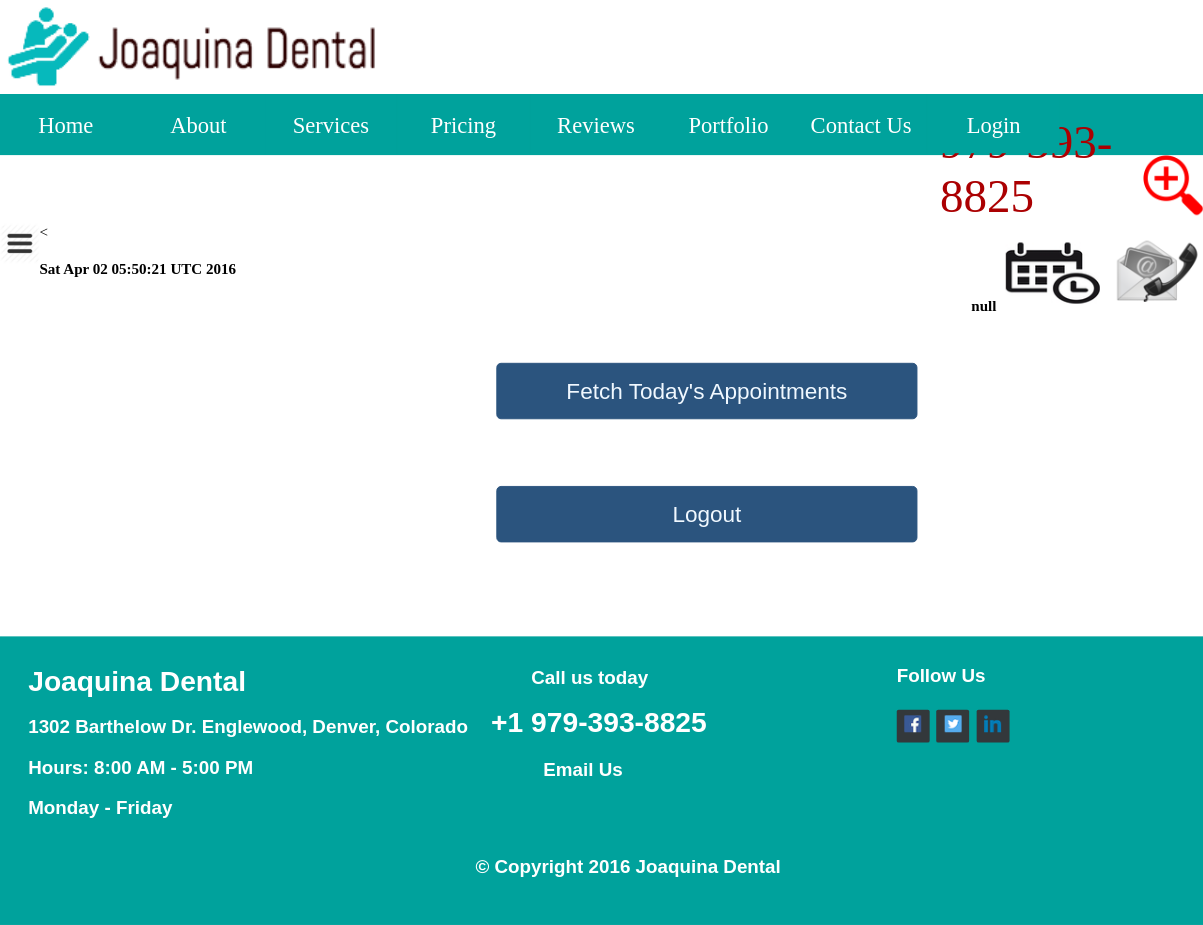
Repository: ManjushaBolishetty/test
Page: http://localhost/test/DentistHomePage.jsp
The author's editor kept a copy of each file at every save. The page is drawn from the files as they stood at one save, then again after the next save.
The browser window is 1280 px wide. The pictures show the whole page, at 94% of full size.
The page is served by Tomcat 9. Other server files are loaded and not shown.

Above is the page before, as saved 2016-04-03 07:20:24.

### test/WebContent/DentistHomePage.jsp
<%@include file="header.jsp" %>
<%@ page import="java.io.*,java.util.*" %>
<%@ page import="javax.servlet.*,java.text.*" %>

<!DOCTYPE html PUBLIC "-//W3C//DTD HTML 4.01 Transitional//EN" "http://www.w3.org/TR/html4/loose.dtd">
<html>
<head>
    <meta http-equiv="Content-Type" content="text/html; charset=ISO-8859-1">
	<meta name="viewport" content="width=device-width, initial-scale=1">
<link href="CSS/ResponsiveForm.css" rel="stylesheet" type="text/css" />
    <<title>My Appointments</title>
</head>
<body>
<%
   Date date = new Date();
   out.print( "<h4 align=\"left\">" +date.toString()+ "</h4>"+ "<h4 align=\"right\">" +session.getAttribute("Dentist_Name") + "</h4>");
%>
<div class="appointment" align=center>
  <form action="HelloWorldServlet" method="post">
      <input type="submit" value="Fetch Today's Appointments" />
  </form>
</div>

<div class="Logoutbutton" align=center>
  <form action="Login" method="post">
      <input type="submit" value="Logout" />
  </form>
</div>
  <footer class="footer-distributed">
			<div class="footer-left">

				<h3>Joaquina Dental</h3>
				<p>1302 Barthelow Dr.
				Englewood, Denver, Colorado</p>
				<p >Hours: 8:00 AM - 5:00 PM</p>
				<p >Monday - Friday</p>
			</div>

			<div class="footer-center">

				<p class="callusToday">Call us today  </p><br/>
				<br/>
				<h3>+1 979-393-8825</h3><br/>
				<p class="emailUs">Email Us</p>
			</div>

			<div class="footer-right">

				<p>Follow Us</p>

				<div class="footer-icons">

					<a href="#"><i class="fa fa-facebook"></i></a>
					<a href="#"><i class="fa fa-twitter"></i></a>
					<a href="#"><i class="fa fa-linkedin"></i></a>

				</div>

			</div>
<p class="copyright" >&copy; Copyright 2016 Joaquina Dental</p>
		</footer>
</body>
</html>

### test/WebContent/header.jsp
<%@ page language="java" contentType="text/html; charset=UTF-8"
    pageEncoding="UTF-8"%>
<!DOCTYPE html>
<html>
<head>
<meta http-equiv="Content-Type" content="text/html; charset=UTF-8">
<meta name="viewport" content="width=device-width, initial-scale=1">
<link href="CSS/testeverything.css" rel="stylesheet" type="text/css" />
<style>

#zoom img {
    width: 5%;
    position: absolute;
    right: 0;
}
</style>
<title>Insert title here</title>
</head>

<body>
<div id="header">
	<img class="logoimage" src="Images/Drawing (4).png" alt="Joaquina Dental"></img>
	<span class="phonenumber">979-393-8825</span>
	<a href="#" class="scheduleanchor"><img class="Contact" src="Images/Contact_Us.png"></img></a>
	<a href="#" class="scheduleanchor"><img class="Calendar" src="Images/calendar.png"></img></a>
</div>

<div id="navmenu">
	<img class="iconimage" src="Images/collpased_menu.png"></img><label for="show-menu" class="show-menu iconlabel">Menu</label>
	<input type="checkbox" id="show-menu" role="button">

	<ul id="menu">
		  <li><a href="#">Home</a></li>
		  <li><a href="#">About</a></li>
		  <li>
		    	<a href="#">Services</a>
			    <ul class="dropdownContent">
			      <li><a href="#">Extraction</a></li>
			      <li><a href="#">Transplant</a></li>
			      <li><a href="#">Root Canal</a></li>
			      <li><a href="#">Cleaning</a></li>
			    </ul>
	  	   </li>
	  	   <li><a href="#">Pricing</a></li>
	  	   <li><a href="#">Reviews</a></li>
	  	   <li><a href="#">Portfolio</a></li>
	  	   <li><a href="#">Contact Us</a></li>
	  	   <li><a href="#">Login</a></li>
	</ul>
</div>
<div id="zoom" style="width:100%;height:0px">
	<a href="#" class=""><img class="zoom" src="Images/zoom.png"></img></a>
</div>
</body>
</html>

### test/WebContent/CSS/testeverything.css
body{
  border: 0;
  padding: 0;
  margin: 0;
  height: 100%;

}

#header{
	width:100%;
	height:100px;
  background-color:white;
}

#header h3{
	display:inline;
	width:auto;
	height:auto;
}
#header img{
	width:auto;
	float:left;
	padding-left:0px;
	height:100%;
}


.Contact{

	max-width:100%;
	height:auto;
	margin-left:10px;
	margin-top:18px;
}


.Calendar{

	max-width:100%;
	height:auto;
	margin-left:10px;
	margin-top:20px;
}

#header a{
	float:right;
	/*margin-right: 40px;*/
}
.logoSchedule{
	width:auto;
	float:left;
}

.logoContact{
	width:auto;
	float:right;
}

#navmenu{
	width:100%;
	height:65px;
	background:#00A29C;
}

ul {
	list-style-type:none;
	margin:0;
	padding:0;
	position: absolute;
}

/*Create a horizontal list with spacing*/
li {
	display:inline-block;
	float: left;
	margin-right: 1px;
}

/*Style for menu links*/
li a {
	display:block;
	min-width:140px;
	padding-top:20px;
	padding-bottom:16px;
	font-size:24px;
	text-align: center;
	font-family: 'Roboto Slab', serif;
	color: white;
	background: #00A29C;
	text-decoration: none;
}

.phonenumber{
    font-size: 50px;
    margin-left: 1000px;
    display: inline-block;
    margin-top: 22px;
    color: #ab0002;
    float:left;
}

/*Hover state for top level links*/
li:hover a {
	background: black;
}

/*Style for dropdown links*/
li:hover ul a {
	background: #e6ffff;
	color: blue;
}

/*Hover state for dropdown links*/
li:hover ul a:hover {
	background: #19c589;
	color: #fff;
}

/*Hide dropdown links until they are needed*/
li ul {
	display: none;
}

/*Make dropdown links vertical*/
li ul li {
	display: block;
	float: none;
}



/*Display the dropdown on hover*/
ul li a:hover + .dropdownContent, .dropdownContent:hover {
	display: block;
}

/*Responsive Styles*/

	.show-menu {
	font-family: "Helvetica Neue", Helvetica, Arial, sans-serif;
	text-decoration: none;
	color: #fff;
	background: #00A29C;
	text-align: center;
	padding: 10px 0;
	display: none;
}

.iconlabel{
	width:100%;
	height:auto;
	padding:1%;
}

.iconimage{
	float:left;
	height:42px;
}


.callusToday{
	padding-left:10%;
}
.emailUs{
	padding-left:13%;
}

/*Hide checkbox*/
input[type=checkbox]{
    display: none;
}

/*Show menu when invisible checkbox is checked*/
input[type=checkbox]:checked ~ #menu{
    display: block;
}

@media screen and (max-width : 832px){
	/*Make dropdown links appear inline*/
	ul {
		position: static;
		display: none;
	}

	/*Create vertical spacing*/
	li {
		margin-bottom: 1px;
	}
	/*Make all menu links full width*/
	ul li, li a {
		width: 100%;
	}
	.show-menu {
		display:block;
	}
	.imageHolder{
		display:none;
	}
	.iconlabel
	{
	padding-top:12px;
	float:left;
	width:auto;
	}
}



#Content{
	width:100%;
	height:600px;
	background:white;
}

.imageHolder{
	width:100%;
	height:400px;
	background-image: url("/BigHornDental/Images/appointment.jpg");
    background-repeat: no-repeat;
    background-size: contain;
    border: 1px solid black;
}


.login{
  width: 40%;
  font-family: lato;
  position: relative;
  color: white;
  border:1px solid blue;
  border-radius: 10px;
  background-color:blue;
  text-align:center;
}




/*For Footer*/
footer{
padding-left:40px;
}

.footer-distributed{
	background-color: #00A29c;
	box-shadow: 0 1px 1px 0 rgba(0, 0, 0, 0.12);
	box-sizing: border-box;
	width: 100%;
	height:auto;
	text-align: left;
	font: bold 16px sans-serif;
	padding: 30px 30px;
	margin-top: 80px;
}

.footer-distributed .footer-left,
.footer-distributed .footer-center,
.footer-distributed .footer-right{
	display: inline-block;
	vertical-align: top;
}

/* Footer left */

.footer-distributed .footer-left{
	width: 40%;
}

 p{
	font-size:20px;
	color:white;
}

/* The company logo */

.footer-distributed h3{
	color:  white;
	margin: 0;
}


/* Footer links */

.footer-distributed .footer-links{
	color:  #ffffff;
	margin: 20px 0 12px;
	padding: 0;
}

.footer-distributed .footer-links a{
	display:inline-block;
	line-height: 1.8;
	text-decoration: none;
	color:  inherit;
}

.footer-distributed .footer-company-name{
	color:  #8f9296;
	font-size: 14px;
	font-weight: normal;
	margin: 0;
}

/* Footer Center */

.footer-center p{
	padding-top:3px;
}

.footer-right p{
	margin-top:0px;
}

.footer-distributed .footer-center{
	width: 35%;
}

.footer-distributed .footer-center i{
	background-color:  #33383b;
	color: #ffffff;
	font-size: 25px;
	width: 38px;
	height: 38px;
	border-radius: 50%;
	text-align: center;
	line-height: 42px;
	margin: 10px 15px;
	vertical-align: middle;
}

.footer-distributed .footer-center i.fa-envelope{
	font-size: 17px;
	line-height: 38px;
}

.footer-distributed .footer-center p{
	display: inline-block;
	color: #ffffff;
	vertical-align: middle;
	margin:0;
}

.footer-distributed .footer-center p span{
	display:block;
	font-weight: normal;
	font-size:14px;
	line-height:2;
}

.footer-distributed .footer-center p a{
	color:  white;
	text-decoration: none;;
}


/* Footer Right */

.footer-distributed .footer-right{
	width: 20%;
}

.footer-distributed .footer-company-about span{
	display: block;
	color:  black;
	font-size: 14px;
	font-weight: bold;
	margin-bottom: 20px;
}

.footer-distributed .footer-icons{
	margin-top: 25px;
}

.footer-distributed .footer-icons a{
	display: inline-block;
	width: 35px;
	height: 35px;
	cursor: pointer;
	background-color:  #33383b;
	border-radius: 2px;

	font-size: 20px;
	color: #ffffff;
	text-align: center;
	line-height: 35px;

	margin-right: 3px;
	margin-bottom: 5px;
}

.fa-twitter:before {
    content: url("../Images/twitter.png");
}
.fa-facebook:before {
    content: url("../Images/facebook.png");
}
.fa-linkedin:before {
    content: url("../Images/linkedin.png");
}

.fa-linkedin:before {
    content: url("../Images/linkedin.png");
}

.footer-left span{

}


.copyright{
	padding-left: 39%;
}

/* If you don't want the footer to be responsive, remove these media queries */

@media (max-width: 880px) {

	.footer-distributed{
		font: bold 14px sans-serif;
	}

	.footer-distributed .footer-left,
	.footer-distributed .footer-center,
	.footer-distributed .footer-right{
		display: block;
		width: 100%;
		margin-bottom: 40px;
		text-align: center;
	}

	.footer-distributed .footer-center i{
		margin-left: 0;
	}

}


/*Supports Iphone 5,6 and 6S-Plus*/

@media screen and (max-width : 440px){
	/*Make dropdown links appear inline*/
	#header img{
		width:80%;
	}

	.iconimage{
		height:100%;
		width:10%;
	}
	.iconlabel{
		font-size:30px;
	}
	.show-menu{
		font-size:30px;
	}

	#showOnMobile{
		display:block;
	}

	.Contact{
	width:80px;
	height:auto;
	margin-left:0px;
	margin-top:8px;
	}


.Calendar{

	width:80px;
	height:auto;
	margin-left:0px;
	margin-top:8px;
	}

.phonenumber{
	display:none;
	}

	.callusToday{
	padding-left:0%;
	}
	.emailUs{
		padding-left:0%;
	}

	.copyright{
		text-align:center;
		padding-left:0%;
		width:100%;
	}
}


@media screen and (max-width : 780px){
	.phonenumber{
		margin-left:70px;
	}
	.iconimage{
		height:65px;
	}
	.iconlabel{
		font-size:30px;
	}
	.callusToday{
		padding-left:0%;
		font-size:20px;
	}
	.emailUs{
		padding-left:0%;
	}
	.footer-left p{
		font-size:20px;
	}
	.footer-center p{
		font-size:20px;
	}
	.footer-right p{
		font-size:20px;
	}
	.copyright{
		text-align:center;
		padding-left:0%;
		width:100%;
	}

}

### test/WebContent/CSS/ResponsiveForm.css
* {
/* With these codes padding and border does not increase it's width and gives intuitive style.*/
box-sizing: border-box;
}

body {
	margin:0;
	padding:0;
	font-family: 'Roboto Slab', serif;
	width:100%;
}

#cover{
	width: 55%;
	margin: 30px 30% 10px 25%;
	padding:10px 0;
	border: 2px solid black;
	border-radius:10px;
}
form{
	width:70%;
	margin:4% 15%;
}
header {
    background-color: #00A29C;
    text-align: center;
    padding-top: 1px;
    padding-bottom: 8px;
    margin-top: -11px;
    margin-bottom: -8px;
    border-radius: 10px 10px 0 0;
    color: aliceblue;
    height: 100px;
    font-size: 24px;
}

h3{
	font-size: 30px;
	padding-top:1px;
}
#newuser{
	margin-right:10px;
}

label{
	font-size:24px;
}


/* Makes responsive fields. Sets size and field alignment.*/
input[type=text]{
	margin-bottom: 20px;
	margin-top: 10px;
	width:100%;
	padding: 15px;
	border-radius:5px;
	border:1px solid #7ac9b7;
	font-size:20px;
}
input[type=password]{
	margin-bottom: 20px;
	margin-top: 10px;
	width:100%;
	padding: 15px;
	border-radius:5px;
	border:1px solid #7ac9b7;
	font-size:20px;
}

input[type=radio]{
	margin-bottom: 20px;
	margin-top: 10px;
	padding: 15px;
	border-radius:5px;
	border:1px solid #7ac9b7;
	font-size:20px;
}

select{
	margin-bottom: 20px;
	margin-top: 10px;
	width:100%;
	height:25px;
	padding: 15px;
	border-radius:5px;
	border:1px solid #7ac9b7;
}

.datepicker{
	height:30px;
}

.result{
	color:blue;
}

input[type=submit]
{
	margin-bottom: 20px;
	width:50%;
	margin-left:25%;
	padding: 15px;
	border-radius:5px;
	border:1px solid #7ac9b7;
	background-color: #2b547e;
	border-color:#2b547e;
	color: aliceblue;
	font-size:24px;
	cursor:pointer;
}
#submit:hover
{
	background-color: blue;
}
textarea{
	width:100%;
	padding: 15px;
	margin-top: 10px;
	border:1px solid #7ac9b7;
	border-radius:5px;
	margin-bottom: 20px;
	resize:none;
}
input[type=text]:focus,textarea:focus {
	border-color: #4697e4;
}

@media screen and (max-width : 768px){
	h2{
		font-size:16px;
	}
	p{
		font-size:14px;
	}
	label{
		font-size:12px;
	}
	input[type=submit]{
		padding:5px;
	}
	input[type=text]{
		padding: 8px;
	}
	div#envelope{
		width: 80%;
		margin: 10px 30% 10px 11%;
	}
}

@media screen and (max-width : 415px){
	#cover{
	width: 95%;
	margin: 30px 30% 30px 2.5%;
	padding:10px 0;
	border: 2px solid black;
	border-radius:10px;
	}
	input[type=submit]{
		padding:4px;
		font-size:20px;
		white-space:normal;
	}
	input[type=text]{
		padding: 8px;
		font-size:20px;
	}

	input[type=password]{
		padding: 8px;
		font-size:20px;
	}
	label{
		font-size:22px;
	}
	h2{
		font-size:22px;
	}
	p{
		font-size:18px;
	}
	div#envelope{
		width: 80%;
		margin: 10px 30% 10px 11%;
	}

}

@media screen and (max-width : 768px){
	#cover{
	width: 90%;
	margin: 30px 30% 30px 5.5%;
	padding:10px 0;
	border: 2px solid black;
	border-radius:10px;
	}
	input[type=submit]{
		padding:4px;
		font-size:20px;
		white-space:normal;
	}
	input[type=text]{
		padding: 8px;
		font-size:20px;
	}

	input[type=password]{
		padding: 8px;
		font-size:20px;
	}
	label{
		font-size:22px;
	}
	h2{
		font-size:22px;
	}
	p{
		font-size:18px;
	}
	div#envelope{
		width: 80%;
		margin: 10px 30% 10px 11%;
	}

}

After the next save:
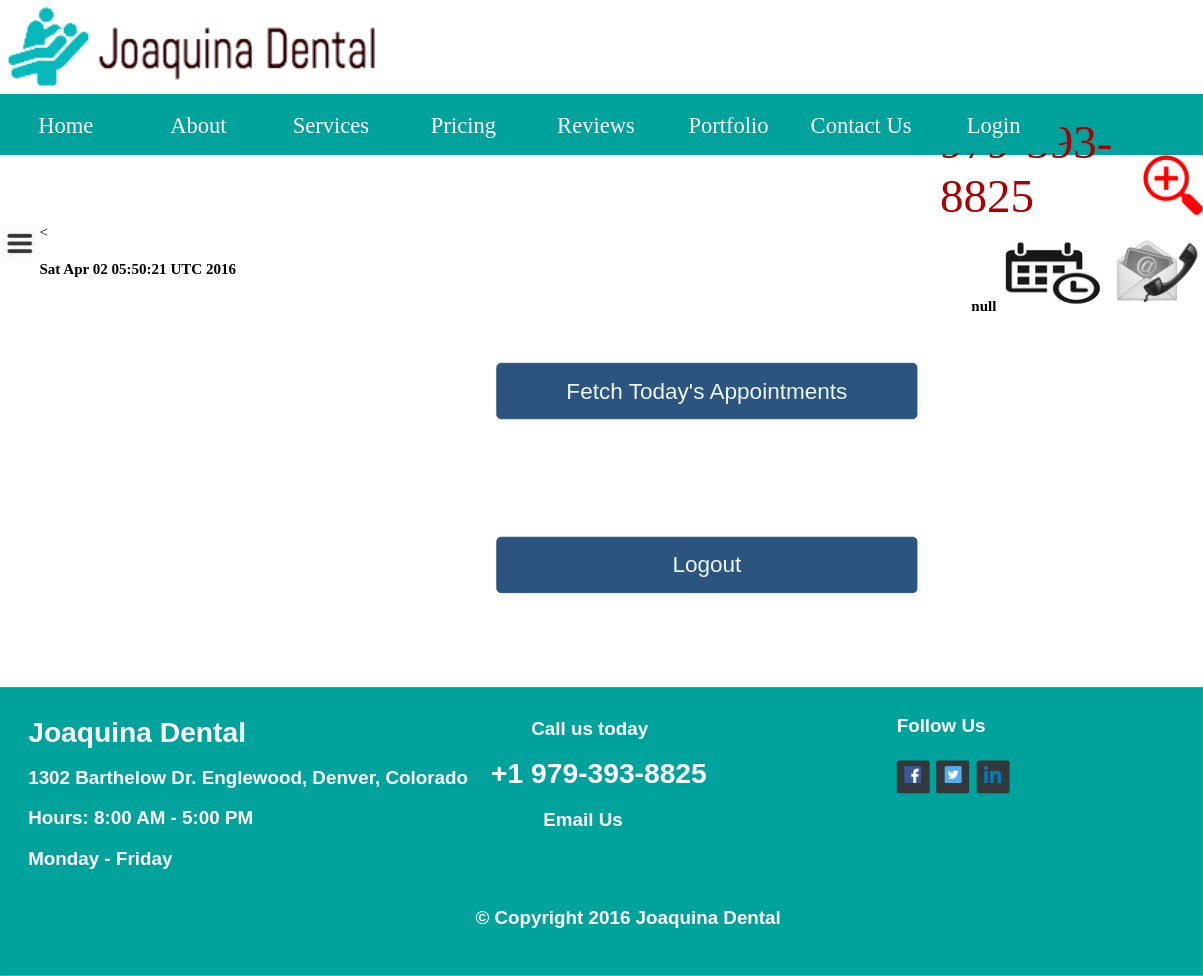
Saved 4 min 18 s later.
--- a/test/WebContent/CSS/testeverything.css
+++ b/test/WebContent/CSS/testeverything.css
@@ -233,6 +233,10 @@ input[type=checkbox]:checked ~ #menu{
   text-align:center;
 }
 
+.Logoutbutton{
+	padding-top:3px;
+}
+
 
 
 
